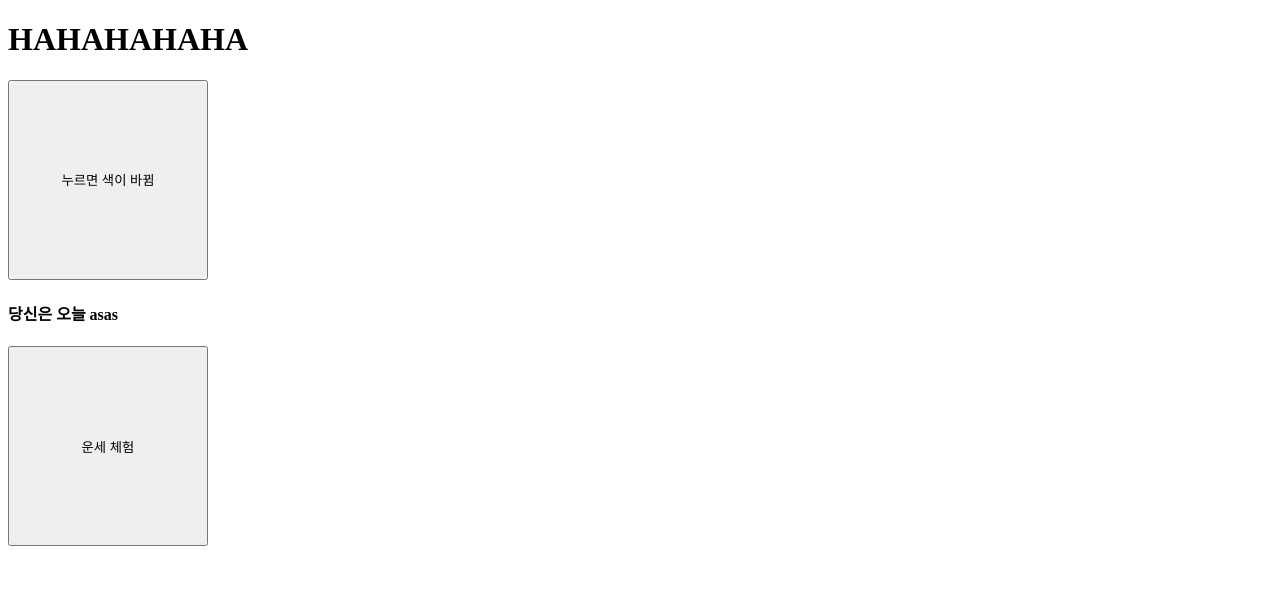
Repository: jun01270/F-E-practice
Page: index.html
The author's editor kept a copy of each file at every save. The page is drawn from the files as they stood at one save, then again after the next save.
The browser window is 1280 px wide. The pictures show the whole page.

Above is the page before, as saved 2022-12-12 22:00:59.

After the next save:
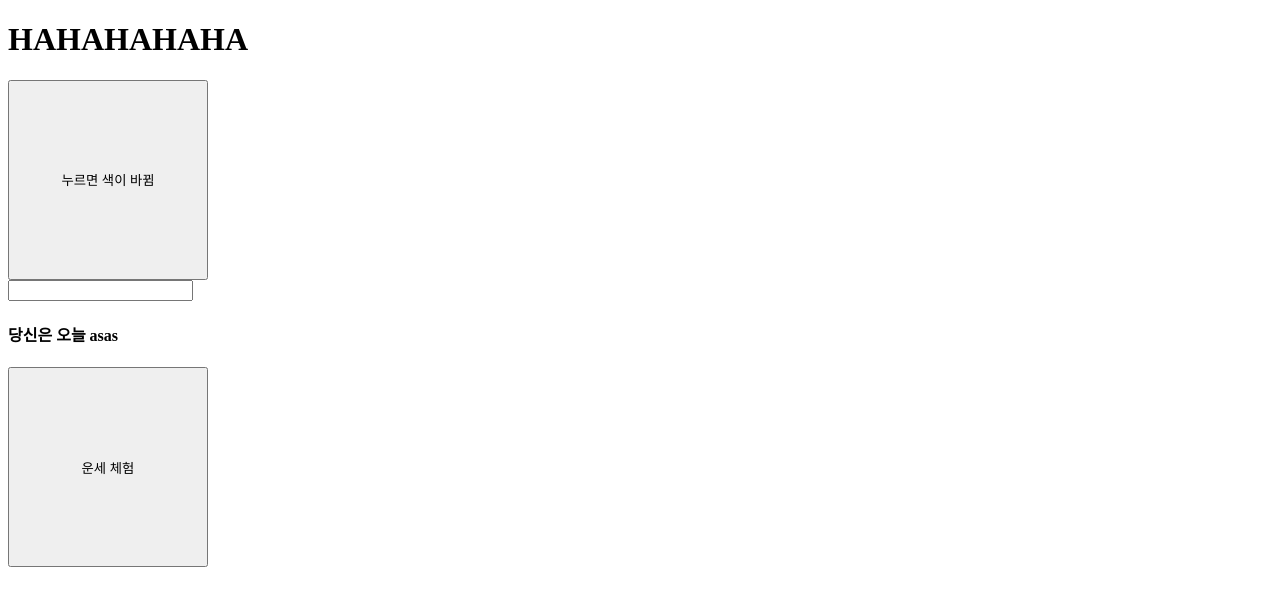
Saved 100 s later.
--- a/index.html
+++ b/index.html
@@ -13,6 +13,7 @@
       <button class="Boom">누르면 색이 바뀜</button>
     </div>
     <div id="usersluck">
+      <input type="text" />
       <h4 class="today">당신은 오늘 asas</h4>
       <button class="lucky">운세 체험</button>
     </div>

After the 4 saves that followed:
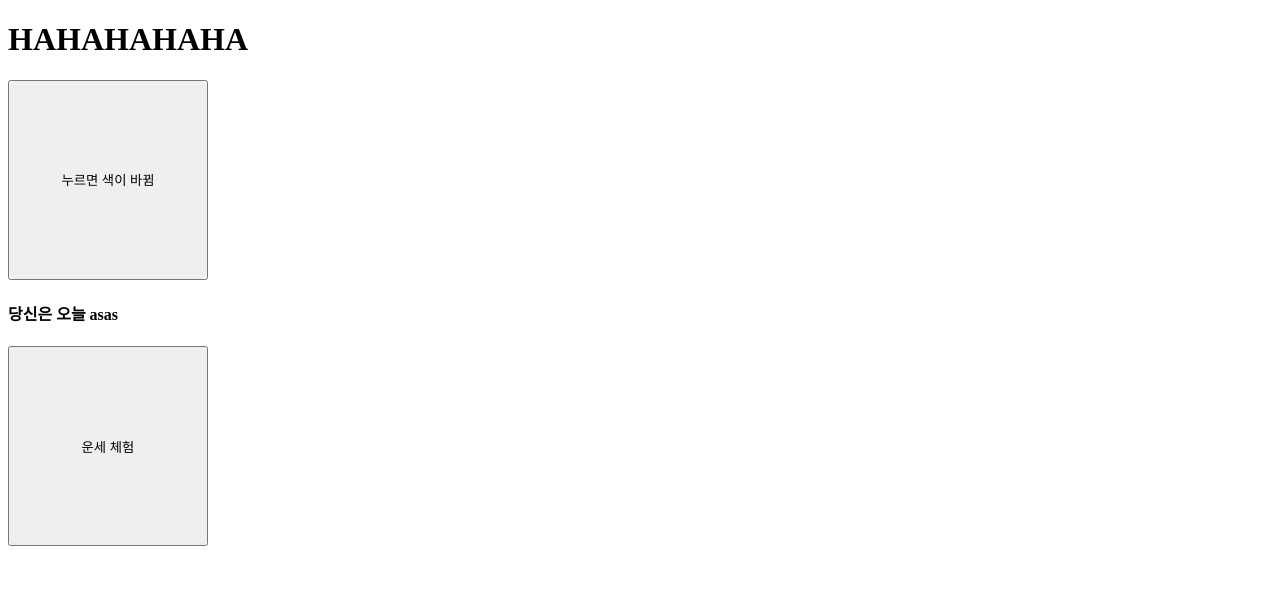
Console error: SyntaxError: Unexpected token ')'
The 4 saves are shown as one change because 3 left the picture as it was.
The last was saved 108 s later.
--- a/index.html
+++ b/index.html
@@ -13,7 +13,6 @@
       <button class="Boom">누르면 색이 바뀜</button>
     </div>
     <div id="usersluck">
-      <input type="text" />
       <h4 class="today">당신은 오늘 asas</h4>
       <button class="lucky">운세 체험</button>
     </div>
--- a/app.js
+++ b/app.js
@@ -2,6 +2,7 @@ const title = document.querySelector(".first h1");
 const button1 = document.querySelector(".first button");
 const button2 = document.querySelector("#usersluck button");
 const lucktext = document.querySelector("#usersluck h4");
+const userName = document.querySelector("#usersluck input")
 const colors = [
   "Yellow",
   "Green",
@@ -34,8 +35,9 @@ function afterClick() {
 }
 
 function asd() {
-  lucktext.innerText = "당신은 오늘 " + dayluck;
-}
+  if () {
+  lucktext.innerText = userName + "은 오늘 " + dayluck;
+}}
 
 title.addEventListener("click", afterClick);
 
